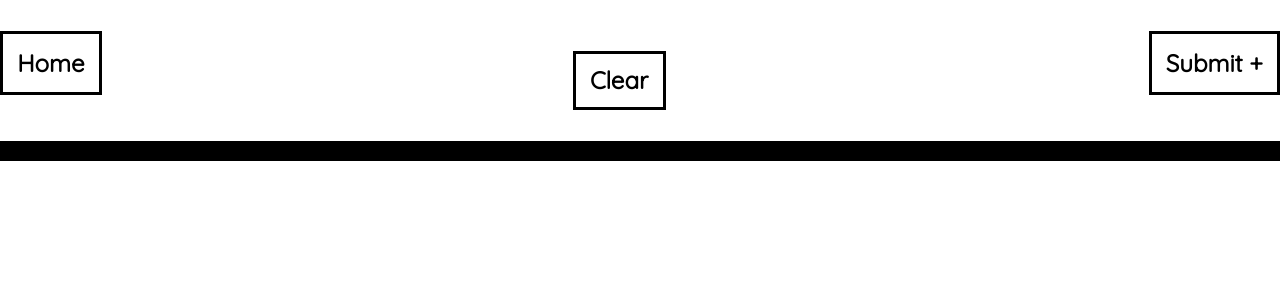
Repository: rickypcyt/WebMural
Page: /
These files come from the project's save history. The page is drawn as it stood at one moment and after the next save; the edit follows.
The browser window is 1280 px wide. The pictures show the whole page.
The project was rebuilt for these pictures with package versions that can differ from the ones it lists, and the page was loaded fresh each time.

Above is the page before, as saved 2022-09-12 13:14:16.

### src/index.js
import React from "react";
import ReactDOM from "react-dom/client";
import "./index.css";
import WebMural from "./Pages/WebMural";
import reportWebVitals from "./reportWebVitals";
import { BrowserRouter, Routes, Route, Switch } from "react-router-dom";

const root = ReactDOM.createRoot(document.getElementById("root"));
root.render(
  <React.StrictMode>
    <BrowserRouter>
      <WebMural />
    </BrowserRouter>
  </React.StrictMode>
);

// If you want to start measuring performance in your app, pass a function
// to log results (for example: reportWebVitals(console.log))
// or send to an analytics endpoint. Learn more: https://bit.ly/CRA-vitals
reportWebVitals();

### src/index.css
@import url("https://fonts.googleapis.com/css2?family=Quicksand");

input[type="file"] {
  display: none;
}
.container {
  top: 0%;
  left: 0%;
}
::marker {
  display: none;
}
.image-container {
  width: 100%;
  margin: auto;
  display: flex;
  flex-direction: row;
  justify-content: space-evenly;
  gap: 15px;
  padding: 10px;
  background-color: black;

}

body {
  line-height: 1;
  font-family: "Quicksand";
  font-size: large;
  margin: 0%;
  margin-top: 4%;
  padding: 0%;
}
main{
  top: 10%;

}
ol {
  list-style: none;
  display: flex;
  padding: 0;
  justify-content: space-between;
  align-items: flex-start;
  display: flex;
  flex-wrap: wrap;
  align-content: center;
}
.content {
  position: absolute;
  right: calc(var(--pad) * 2);
  bottom: calc(var(--pad) * 2);
  white-space: nowrap;
}
.parrafo {
  line-height: 1.5;
  text-align: end;
  font-size: larger;
}
.parrafo span {
  display: block;
}
.titulo {
  margin: 0;
}
.oli {
  font-weight: bold;
  border-style: solid;
  font-size: x-large;
  padding: 1ch;
}
.descripcion {
  font-weight: lighter;
  font-style: oblique;
}
.oli:hover {
  color: black;
  border-style: dotted;
}
.page {
  padding-top: 2%;
  padding-bottom: 3%;
}
.pageContact {
  padding-top: 8%;
  padding-bottom: 9%;
}
.cabeceranavi {
  padding-bottom: 1%;
}
p {
  font-weight: bold;
}
a {
  color: black;
  text-decoration: none;
  padding: 0ch;
}
span {
  font-size: larger;
}
li {
  width: 7%;
  height: 10%;
}
ul {
  list-style-type: none;
  margin: 0%;
  display: flex;
  align-items: center;
  flex-direction: row;
  padding-top: 5%;
  padding-bottom: 5%;
  padding-left: 0%;
  justify-content: space-around;
}
.imagenes {
  display: block;
  height: auto;
  width: auto;
  padding-top: 5%;
  padding-bottom: 5%;
}

.imagenesproyect {
  position: relative;
}
.fixer {
  display: flex;
  flex-direction: row;
  justify-content: space-evenly;
  padding-bottom: 3%;
}
.overlay {
  position: absolute;
  top: 0.83cm;

  background: rgb(0, 0, 0);
  background: rgb(2, 0.3, 0.9, 0.6); /* Black see-through */
  color: #f1f1f1;
  width: 100%;
  transition: 0.5s ease;
  color: white;
  text-align: center;
  font-size: 20px;
  padding-top: 20px;
  padding-bottom: 20px;
  opacity: 0;
}
.imagenesproyect:hover .overlay {
  opacity: 1;
}
.overlay2 {
  position: absolute;
  bottom: 8%;
  background: rgb(0, 0, 0);
  background: rgba(40, 40, 40, 0.6); /* Black see-through */
  color: #f1f1f1;
  width: 100%;
  transition: 0.5s ease;
  color: white;
  text-align: center;
  font-size: 20px;
  padding-top: 20px;
  padding-bottom: 20px;
  opacity: 0;
}
.imagenesproyect:hover .overlay2 {
  opacity: 1;
}

.homeinfo {
  font-size: x-large;
}

@media screen and (max-width: 1340px) {
  .fixer {
    flex-direction: column;
    justify-content: center;
  }
  .imagenes {
    height: auto;
    width: 100%;
  }
  ol {
  }
}

.image-container {
  width: auto;
  margin: auto;
  /* display: flex; */
  flex-wrap: wrap;
  gap: 15px;
  padding: 10px;
}

.image-container img {
  max-width: 100%;
  max-height: 225px;
}

.container .image-container .image {
  border: 4px solid black;
  overflow: hidden;
  /* cursor: pointer; */
}

.container .image-container .image img {
  height: 100%;
  width: 100%;
}
@media (max-width: 700px) {
  .image-container img {
    max-height: -10px;
  }
}

.image:hover {
  transform: scale(1.15); /* (150% zoom - Note: if the zoom is too large, it will go outside of the viewport) */
}

.oli:hover {
  transform: scale(1.15); /* (150% zoom - Note: if the zoom is too large, it will go outside of the viewport) */
}

### src/Pages/WebMural.js
import React, { useState } from "react";
import { Link, useMatch, useResolvedPath } from "react-router-dom";

const UploadAndDisplayImage = () => {
  const [selectedFiles, setSelectedFiles] = useState([]);
  const handleImageChange = (e) => {
    setSelectedFiles([]);
    if (e.target.files) {
      const filesArray = Array.from(e.target.files).map((file) =>
        URL.createObjectURL(file)
      );
      setSelectedFiles((prevImages) => prevImages.concat(filesArray));
      Array.from(e.target.files).map((file) => URL.revokeObjectURL(file));
    }
  };

  const renderPhotos = (source) => {
    return source.map((photo) => {
      return (
        <div class="container">
          <figure class="image-container">
            <img className="image" src={photo} alt="" key={photo} />
          </figure>
        </div>
      );
    });
  };

  return (
    <main>
      <nav className="cabeceranavi">
        <ol>
          <CustomLink to="/" className="oli">
            Home
          </CustomLink>
          <div className="oli" onClick={() => handleImageChange(null)}>
            Clear
          </div>
          <label for="upload-button">
            <nav>
              <input
                type="file"
                id="upload-button"
                multiple="multiple"
                accept="image/*"
                onChange={handleImageChange}
              />
              <a class="oli"> Submit + </a>
            </nav>
          </label>
        </ol>
      </nav>
      {selectedFiles && (
        <div>
          <div class="image-container">{renderPhotos(selectedFiles)}</div>
        </div>
      )}
    </main>
  );
};

export default UploadAndDisplayImage;

function CustomLink({ to, children, ...props }) {
  const resolvedPath = useResolvedPath(to);
  const isActive = useMatch({ path: resolvedPath.pathname, end: true });
  return (
    <li className={isActive ? "active" : ""}>
      <Link to={to} {...props}>
        {children}
      </Link>
    </li>
  );
}

Loaded but not shown: public/index.html (common file); src/reportWebVitals.js (common file)

After the next save:
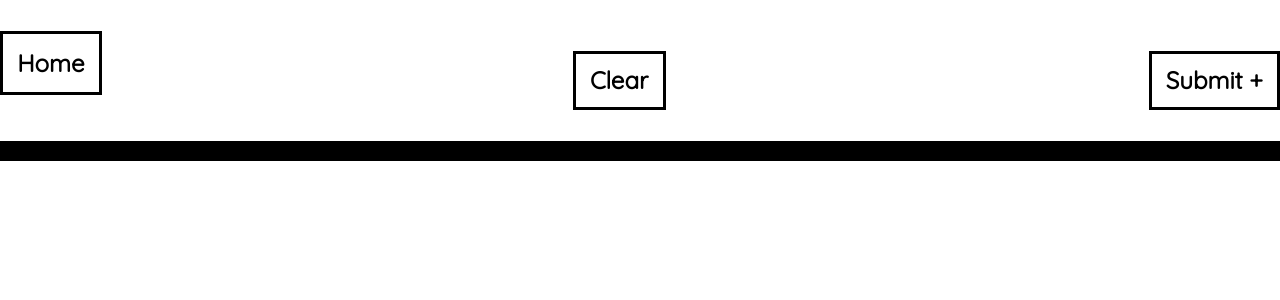
Saved 89 s later.
--- a/src/Pages/WebMural.js
+++ b/src/Pages/WebMural.js
@@ -45,7 +45,7 @@ const UploadAndDisplayImage = () => {
                 accept="image/*"
                 onChange={handleImageChange}
               />
-              <a class="oli"> Submit + </a>
+              <div class="oli"> Submit + </div>
             </nav>
           </label>
         </ol>
